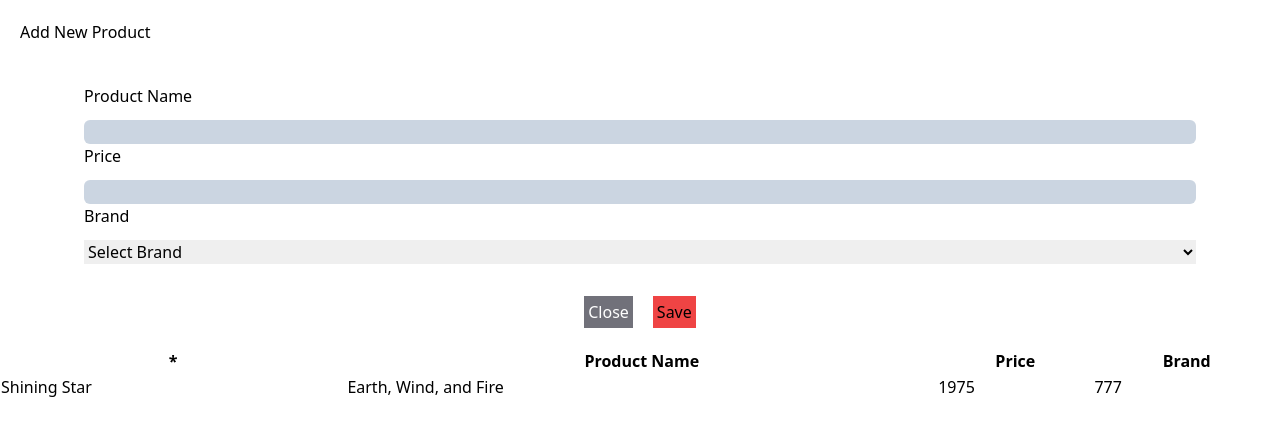
Repository: Semanmernstack/next-13-prisma-crud
Page: /product, after clicking the first element matching `button.items-center`
The author's editor kept a copy of each file at every save. The page is drawn from the files as they stood at one save, then again after the next save.
The browser window is 1280 px wide. The pictures show the whole page.
The project was rebuilt for these pictures with package versions that can differ from the ones it lists, and the page was loaded fresh each time. The framework's server and built-in components were replaced by stand-ins that run in the browser. Also part of the build but not shown: next.config.js.

Above is the page before, as saved 2023-06-01 01:46:51.

### app/layout.tsx
import './globals.css'
import { Inter } from 'next/font/google'



export const metadata = {
  title: 'Create Next App',
  description: 'Generated by create next app',
}

export default function RootLayout({
  children,
}: {
  children: React.ReactNode
}) {
  return (
    <html lang="en">
      <body className="">{children}</body>
    </html>
  )
}

### app/product/page.tsx
import React from 'react'
import AddPrisma from '../components/AddPrisma'

function page() {
  return (
    <div>
        <AddPrisma/>
        <table className="table w-full items-center">
        <thead>
          <tr className="items-center">
            <th>*</th>
            <th>Product Name</th>
            <th>Price</th>
            <th>Brand</th>
          </tr>
        </thead>
        <tbody>

          <tr>
            <td>Shining Star</td>
            <td>Earth, Wind, and Fire</td>
            <td>1975</td>
            <td>777</td>
          </tr>
        </tbody>
      </table>



    </div>
  )
}

export default page

### app/components/AddPrisma.tsx
"use client"
import React, { useState } from 'react'

function AddPrisma() {
    const [product, setProduct] = useState("");
    const [price, setPrice] = useState("")
    const [brand, setBrand] = useState("")
    const [open, setOpen] = useState(false)


  return (
    <div className='relative '>
        <button className='items-center justify-center flex cursor-pointer p-5' onClick={() => setOpen(true)}>Add New Product</button>
        {open ? (
            <div className=" mx-auto max-w-6xl justify-center items-center inset-0 z-50">
                <form className=" flex flex-col   decoration-slate-400 p-5 " >
                    <div className='flex flex-col space-y-3 w-full'>
                        <label>Product Name</label>
                        <input className='w-full bg-slate-300 rounded-md outline-none' type="text" value={product} onChange={(e) => setProduct(e.target.value)} />
                    </div>
                    <div className='flex flex-col space-y-3 w-full'>
                        <label >Price</label>
                        <input className='w-ful bg-slate-300 rounded-md outline-none' type="text" value={price} onChange={(e) => setPrice(e.target.value)} />
                    </div>
                    <div className='flex flex-col  space-y-3 w-full'  >
                        <label>Brand</label>
                        <select className="outline-none hover:bg-blue-100" value={brand} onChange={(e) => setBrand(e.target.value)} >
                            <option className='outline-none hover:bg-blue-400' value="" disabled> Select Brand </option>
                            <option className='hover:bg-blue-900' value="">Brand 2</option>
                        </select>
                    </div>
                    <div className='flex space-x-5 items-center justify-center mt-8'>
                        <button type="button" className='bg-zinc-500 p-1 text-white' onClick={() => setOpen(false)} >Close</button>
                        <button type="submit" className="bg-red-500 p-1"  >Save</button>
                    </div>



                </form>

            </div>
        ): (null)}

    </div>

  )
}

export default AddPrisma

Loaded but not shown: app/globals.css (common file); tailwind.config.js (common file)

After the next save:
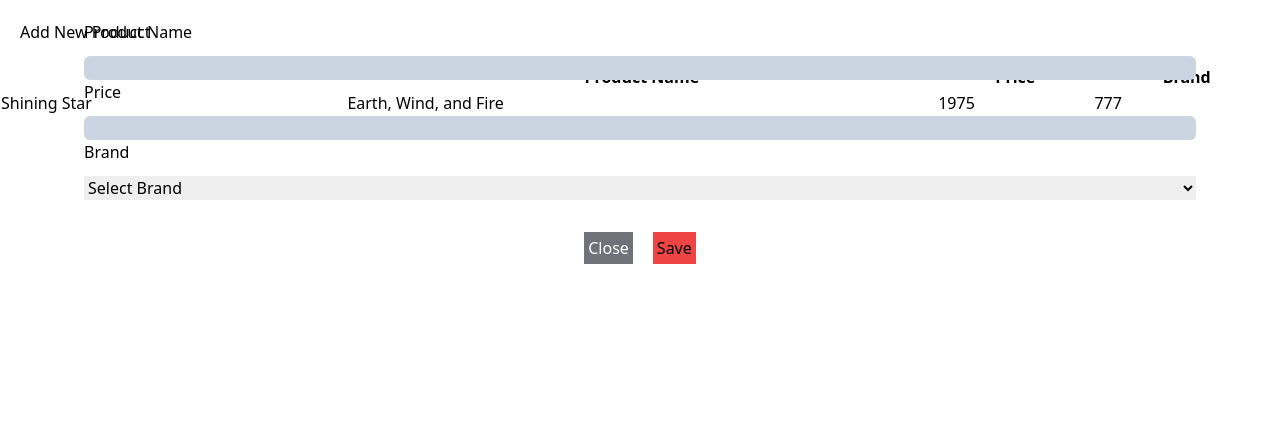
Saved 33 s later.
--- a/app/components/AddPrisma.tsx
+++ b/app/components/AddPrisma.tsx
@@ -12,7 +12,7 @@
     <div className='relative '>
         <button className='items-center justify-center flex cursor-pointer p-5' onClick={() => setOpen(true)}>Add New Product</button>
         {open ? (
-            <div className=" mx-auto max-w-6xl justify-center items-center inset-0 z-50">
+            <div className=" absolute mx-auto max-w-6xl justify-center items-center inset-0 z-50">
                 <form className=" flex flex-col   decoration-slate-400 p-5 " >
                     <div className='flex flex-col space-y-3 w-full'>
                         <label>Product Name</label>

After the save that followed:
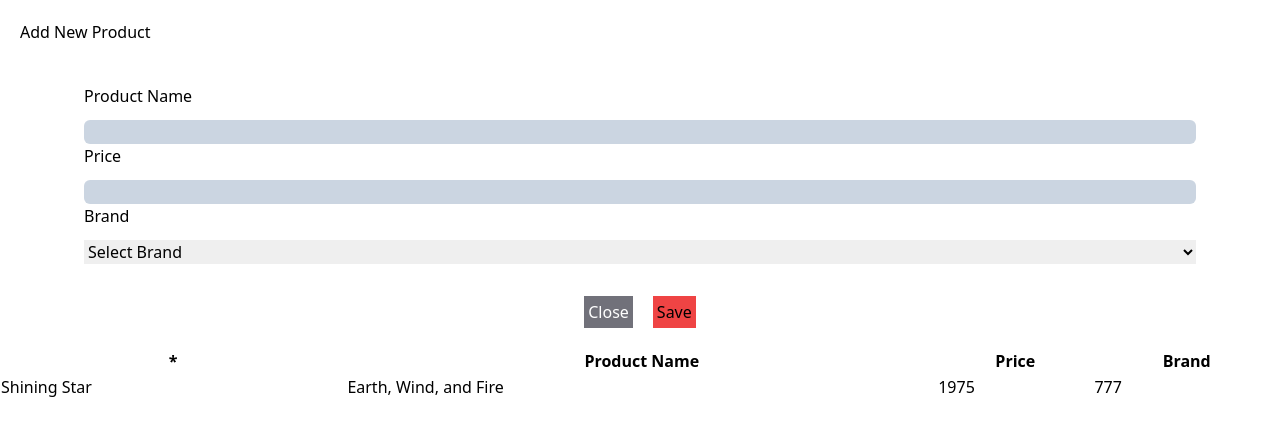
Saved 30 s later.
--- a/app/components/AddPrisma.tsx
+++ b/app/components/AddPrisma.tsx
@@ -12,7 +12,7 @@
     <div className='relative '>
         <button className='items-center justify-center flex cursor-pointer p-5' onClick={() => setOpen(true)}>Add New Product</button>
         {open ? (
-            <div className=" absolute mx-auto max-w-6xl justify-center items-center inset-0 z-50">
+            <div className="  mx-auto max-w-6xl justify-center items-center inset-0 z-50">
                 <form className=" flex flex-col   decoration-slate-400 p-5 " >
                     <div className='flex flex-col space-y-3 w-full'>
                         <label>Product Name</label>
